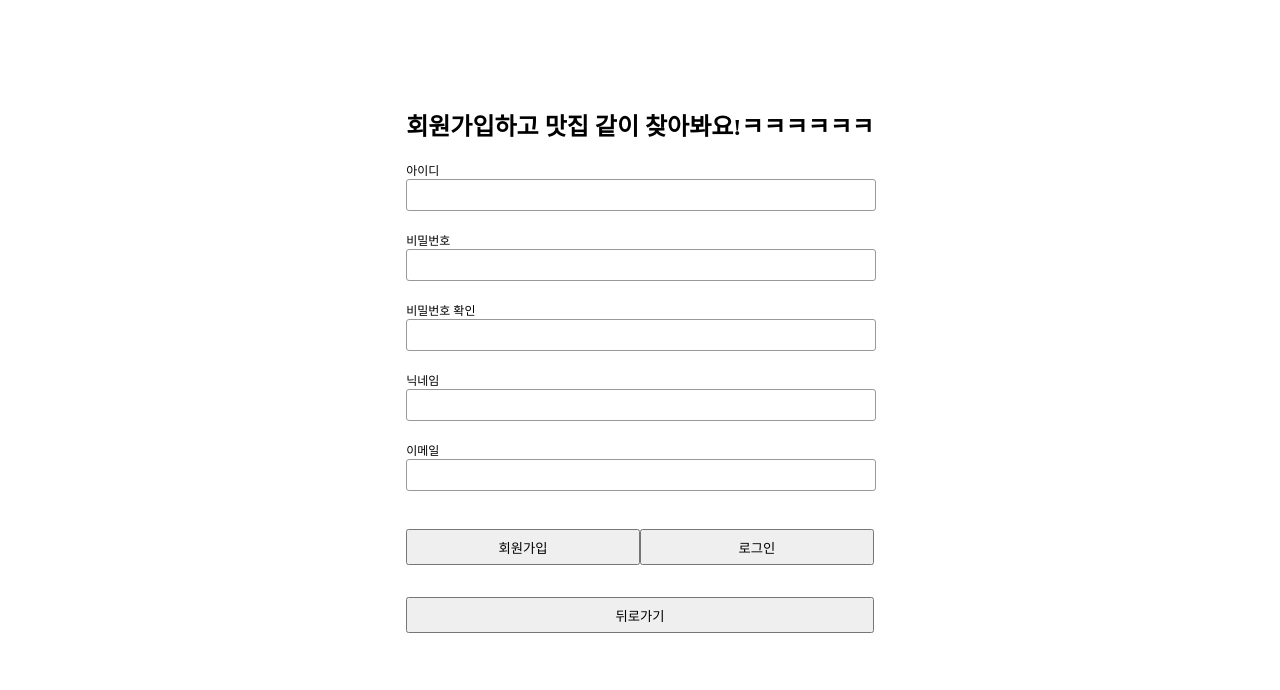
Repository: zzangyu/koreanFoodsProject
Page: http://localhost/koreanFoodsProject/koreanFoods/signUp.jsp
These files come from the project's save history. The page is drawn as it stood at one moment and after the next save; the edit follows.
The browser window is 1280 px wide. The pictures show the whole page.
The page is served by Tomcat 9. Other server files are loaded and not shown.

Above is the page before, as saved 2022-12-29 07:48:25.

### koreanFoodsProject/src/main/webapp/koreanFoods/signUp.jsp
<%@ page language="java" contentType="text/html; charset=UTF-8"
    pageEncoding="UTF-8"%>
<!DOCTYPE html>
<html>
<head>
<meta charset="UTF-8">
<link type="text/css" rel="stylesheet" href="css/kFoods.css">
<title>Sign Up</title>
</head>
<body>
	<form action="" id="signUp">
		<div id="signUp_Wrap">
			<h2>회원가입하고 맛집 같이 찾아봐요!ㅋㅋㅋㅋㅋㅋ</h2>
			<div>
				<label class="signUp_textSize">아이디</label>
				<div>
					<input type="text" name="kf_id" class="signUp_input">
					<div class="signUp_check_textSize" id="signUp_idCheck"></div>
				</div>
			</div>
			<div>
				<label class="signUp_textSize">비밀번호</label>
				<div>
					<input type="password" name="kf_password" class="signUp_input">
					<div class="signUp_check_textSize" id="signUp_idCheck"></div>
				</div>
			</div>
			<div>
				<label class="signUp_textSize">비밀번호 확인</label>
				<div>
					<input type="password" name="kf_passwordCheck" class="signUp_input">
					<div class="signUp_check_textSize" id="signUp_idCheck"></div>
				</div>
			</div>
			<div>
				<label class="signUp_textSize">닉네임</label>
				<div>
					<input type="text" name="kf_nickname" class="signUp_input">
					<div class="signUp_check_textSize" id="signUp_nickCheck"></div>
				</div>
			</div>
			<div>
				<label class="signUp_textSize">이메일</label>
				<div>
					<input type="text" name="kf_email" class="signUp_input">
					<div class="signUp_check_textSize" id="signUp_emailCheck"></div>
				</div>
			</div>
			<button class="signUp_button1">회원가입</button><button class="signUp_button1">로그인</button>
			<button onclick="history.go(-1); return false;" class="signUp_button2">뒤로가기</button>
		</div>
	</form>
</body>
</html>

### koreanFoodsProject/src/main/webapp/koreanFoods/css/kFoods.css
@charset "UTF-8";
html, body {
	margin: 0;
	padding: 0;
	width: 100%;
	height: 100%;
}
a {
	text-decoration: none;
}
#loginButton {
	background-color: yellow;
}
#loginButton a {
	color: red;
}
#signUp {
	width: 100%;
	height: 100%;
	display: flex;
	justify-content: center;
	align-items: center;
}
.signUp_textSize {
	font-size: 12px;
}
.signUp_check_textSize {
	font-size: 10px;
	color: #999;
}
#signUp_Wrap h2 {
	text-align: center;
}
#signUp_Wrap > div {
	width: 100%;
	height: 70px;
}
.signUp_input {
	margin: 0;
    padding: 0 1%;
    width: 98%;
    height: 30px;
    border: 1px solid #999;
    border-radius: 3px;
}
.signUp_button1 {
	width: 50%;
	height: 36px;
	margin-top: 18px;
}
.signUp_button2 {
	width: 100%;
	height: 36px;
	margin-top: 32px;
}

After the next save:
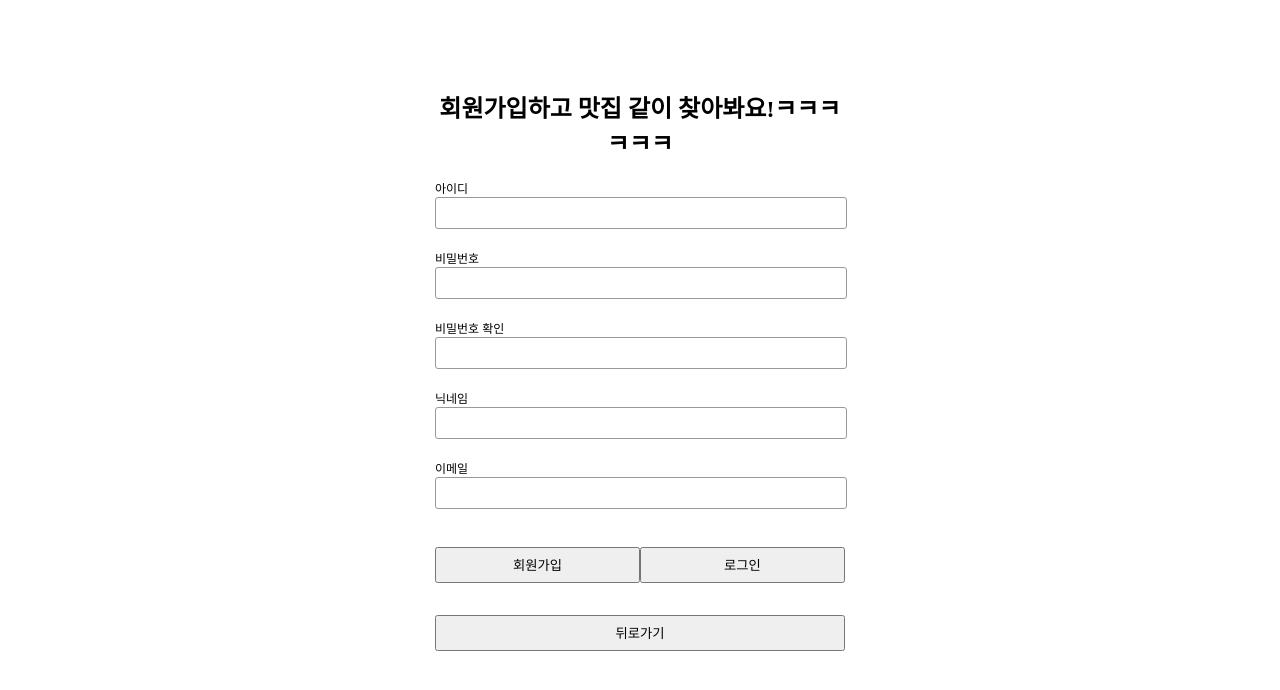
Saved 50 s later.
--- a/koreanFoodsProject/src/main/webapp/koreanFoods/css/kFoods.css
+++ b/koreanFoodsProject/src/main/webapp/koreanFoods/css/kFoods.css
@@ -28,6 +28,9 @@ a {
 	font-size: 10px;
 	color: #999;
 }
+#signUp_Wrap {
+	width: 410px;
+}
 #signUp_Wrap h2 {
 	text-align: center;
 }
